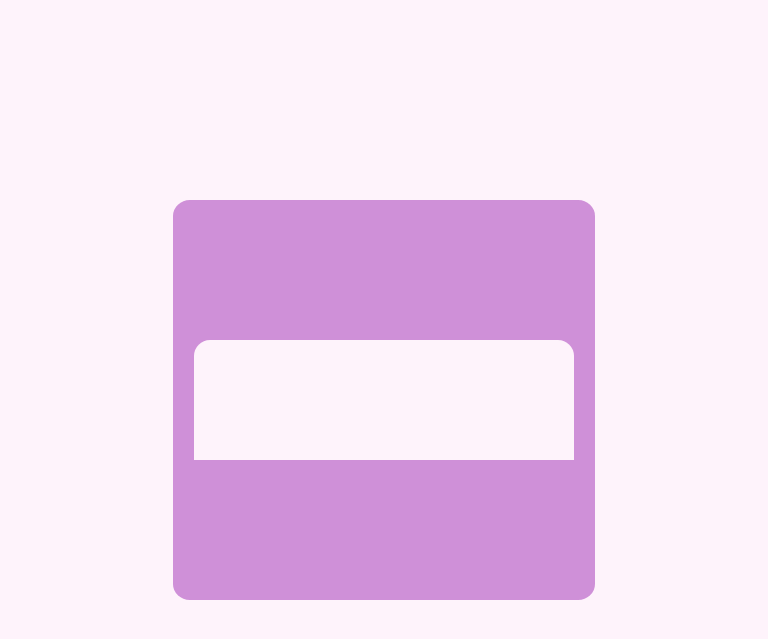
Repository: 2001mariana/Calculator_react
Page: /
These files come from the project's save history. The page is drawn as it stood at one moment and after a run of saves; the edit follows.
The browser window is 768 px wide. The pictures show the whole page.
The project was rebuilt for these pictures with package versions that can differ from the ones it lists, and the page was loaded fresh each time.

Above is the page before, as saved 2023-02-06 17:25:35.

### src/index.tsx
import React from "react";
import ReactDOM from "react-dom/client";

import App from "./App";
import reportWebVitals from "./reportWebVitals";

import "./index.css";

const root = ReactDOM.createRoot(
  document.getElementById("root") as HTMLElement
);
root.render(
  <React.StrictMode>
    <App />
  </React.StrictMode>
);

reportWebVitals();

### src/App.tsx
import "./App.css";

function App() {
  return (
    <div className="Calculator">
      <div className="Calculator__body">
        <div className="Calculator__screen"></div>
      </div>
    </div>
  );
}

export default App;

### src/App.css
.Calculator {
  background-color: #FEF3FB;
  height: 100vh;
  display: flex;
  justify-content: center;
  align-items: center;
}

.Calculator__body {
  height: 50vh;
  width: 40vw;
  border-radius: 4%;
  background-color: #CF90D8;
  display: flex;
  flex-direction: column;
  justify-content: center;
  align-items: center;
}

.Calculator__screen {
  background-color: #FEF3FB;
  height: 30%;
  width: 90%;
  border-radius: 16px 16px 0 0;
}

@media (max-width: 1100px) {
  .Calculator__body {
    width: 50vw;
  }
}

@media (max-width: 1000px) {
  .Calculator__body {
    width: 55vw;
  }
}

@media (max-width: 900px) {
  .Calculator__body {
    width: 55vw;
  }
}

Loaded but not shown: public/index.html (common file); src/reportWebVitals.ts (common file); src/index.css (common file)

After the next 2 saves:
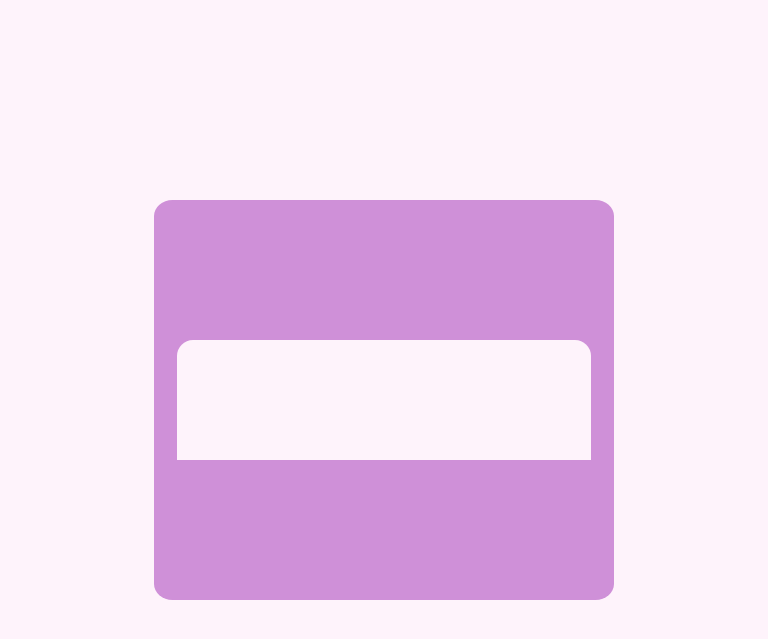
The 2 saves are shown as one change because they came seconds apart.
The last was saved 5 s later.
--- a/src/App.css
+++ b/src/App.css
@@ -38,6 +38,6 @@
 
 @media (max-width: 900px) {
   .Calculator__body {
-    width: 55vw;
+    width: 60vw;
   }
 }
